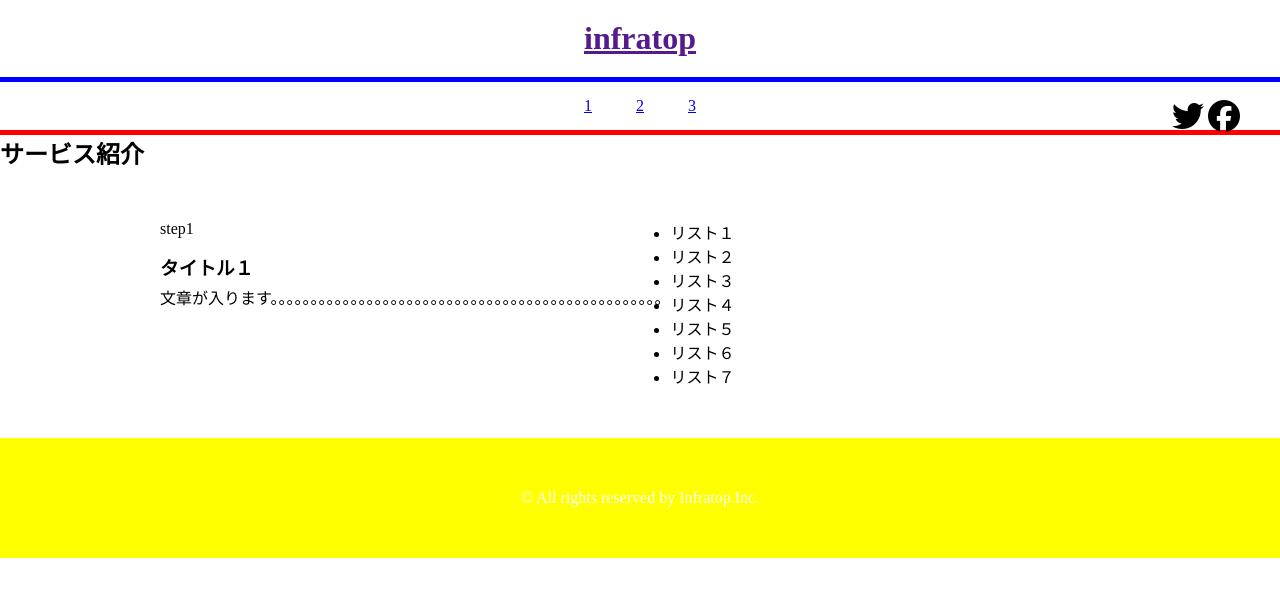
Repository: yymmyymm/review-sub1
Page: caravan2/index2.html
The author's editor kept a record of every edit. The page is drawn from the files as they stood at one moment, then again after the next edit.
The browser window is 1280 px wide. The pictures show the whole page.
Some web libraries are served in a nearby version.

Above is the page before.

After the next edit:
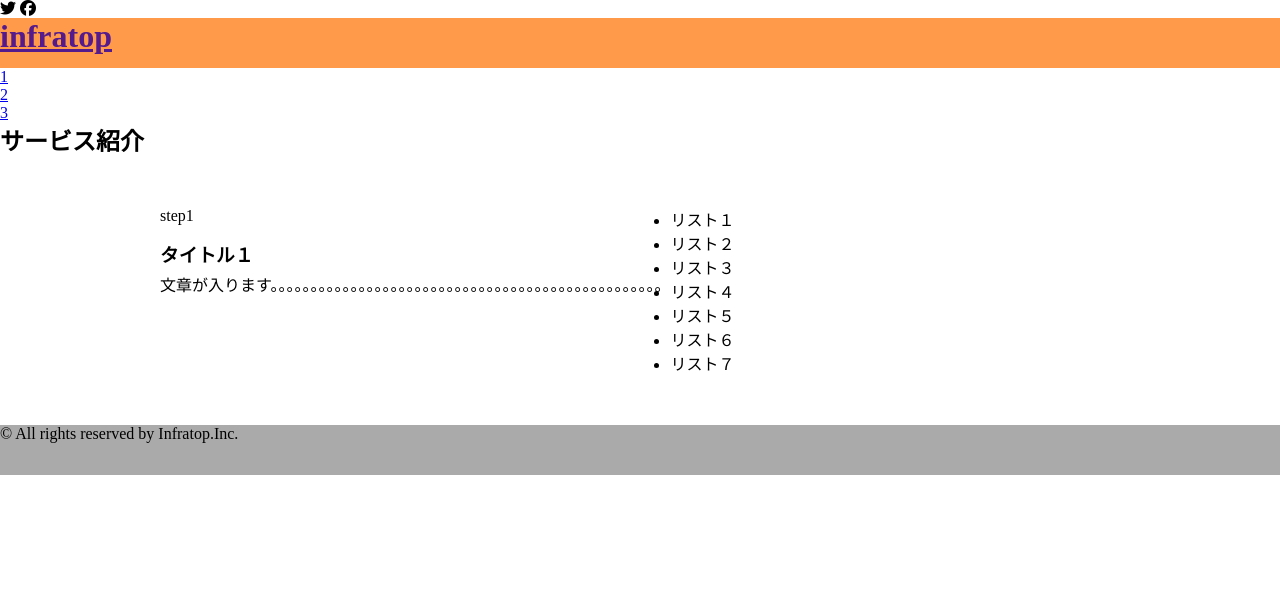
The edit:
--- a/caravan2/style2.css
+++ b/caravan2/style2.css
@@ -4,34 +4,10 @@
   box-sizing: border-box;
 }
 
-header{
-  width: 100%;
-  padding: 20px 0;
-  text-align: center;
-}
 
-.nav-list{
-  text-align: center;
-  padding: 15px 0;
-  margin: 0 auto;
-  border-bottom: 5px solid red;
-  border-top: 5px solid blue;
-}
-
-.nav-list-item{
-  list-style: none;
-  display: inline-block;
-  margin: 0 20px;
-}
-
-.fa-brands {
-  font-size: 32px;
-}
-
-.position{
-  position: absolute;
-  top:100px;
-  right: 40px;
+header {
+  height: 50px;
+  background-color: #ff9a4b;
 }
 
 main {
@@ -54,7 +30,7 @@
 
 .step-img1 {
   height: 150px;
-  background-image: url(img/flow01.png);
+  background-image: url(img3/flow01.png);
   background-position: bottom;
   background-size: cover;
 }
@@ -85,15 +61,7 @@
   margin: 15px 0 5px;
 }
 
-
-footer{
-  width: 100%;
-  height: 120px;
-text-align: center;
-line-height: 120px;
-background-color: yellow;
+footer {
+  height: 50px;
+  background-color: #aaa;
 }
-
-.footer-text{
-  color: white;
-}
